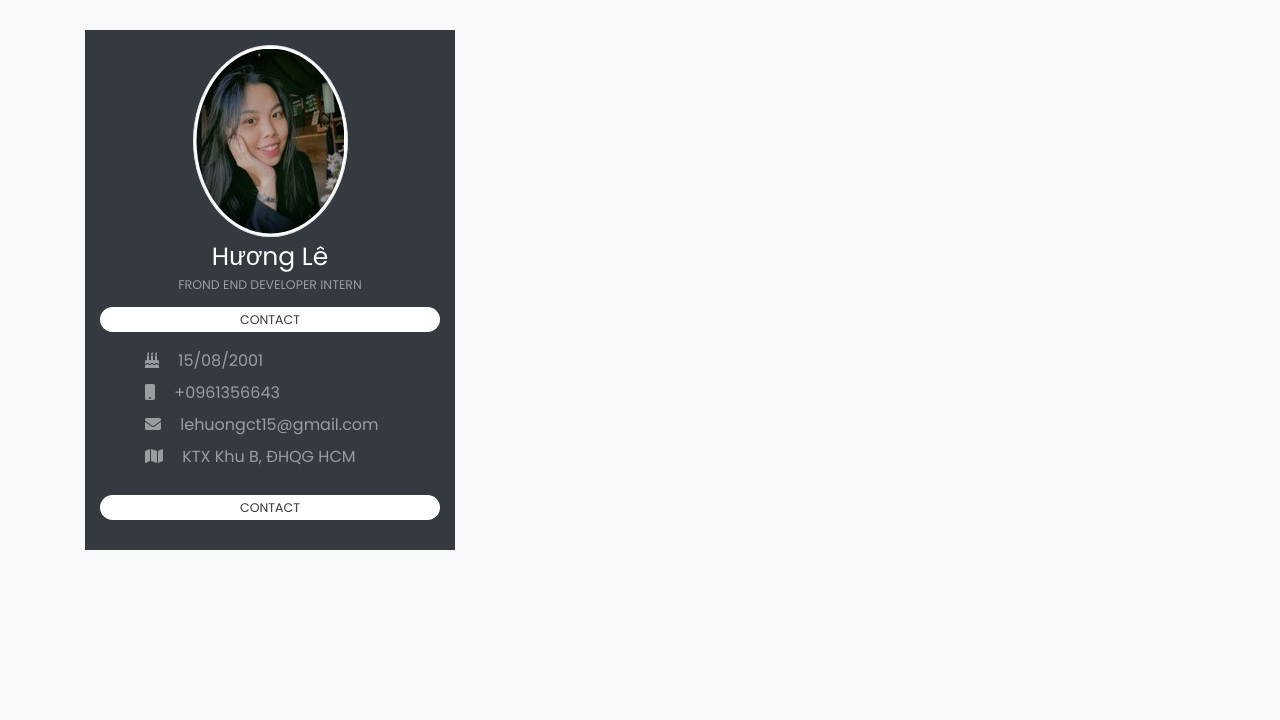
Repository: huongle158/cvhuongle
Page: index.html
The author's editor kept a copy of each file at every save. The page is drawn from the files as they stood at one save, then again after the next save.
The browser window is 1280 px wide. The pictures show the whole page.
Some web libraries are served in a nearby version.

Above is the page before, as saved 2021-12-12 23:29:42.

After the next save:
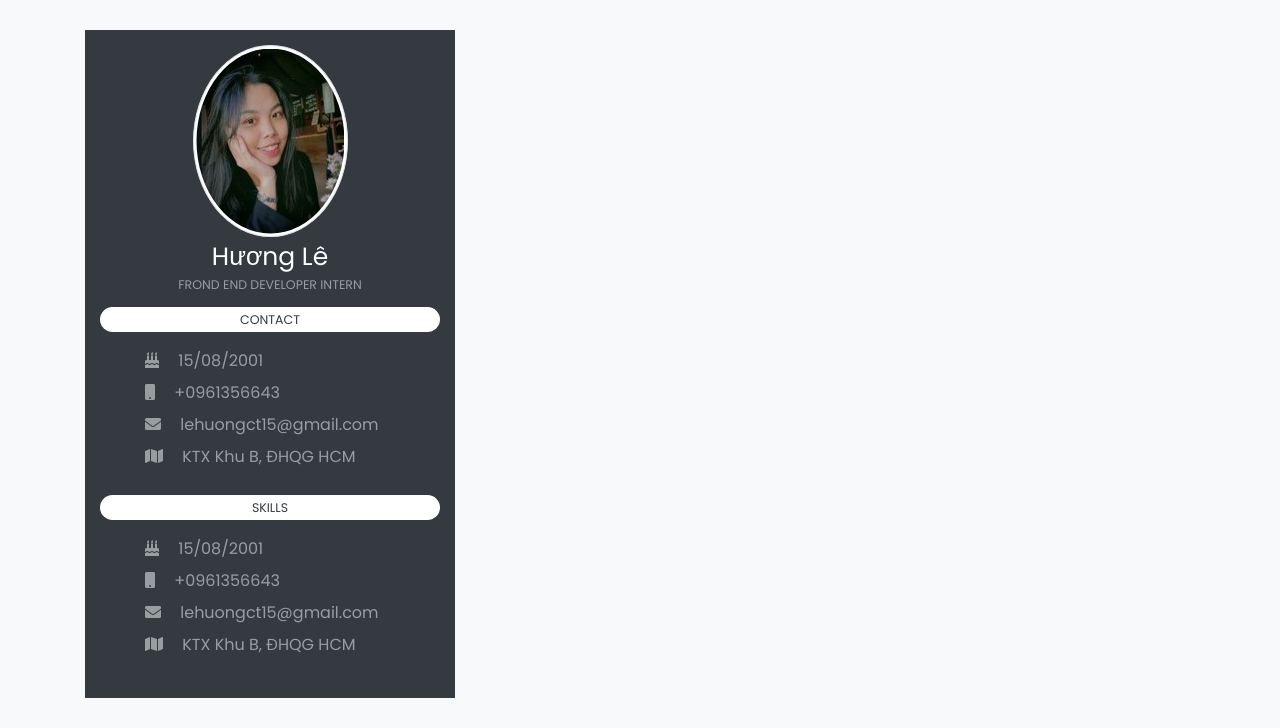
Saved 34 s later.
--- a/index.html
+++ b/index.html
@@ -62,7 +62,25 @@
               </ul>
           </div>
           <div>
-              <h5 class="text-uppercase bg-white text-dark py-2 rounded-pill mb-4" >contact</h5>
+              <h5 class="text-uppercase bg-white text-dark py-2 rounded-pill mb-4" >skills</h5>
+              <ul class="list-unstyled text-white-50 ml-5 py-2 text-left">
+                  <li class="list-item mb-4">
+                      <i class="fas fa-birthday-cake mx-4"></i>
+                     15/08/2001
+                  </li>
+                  <li class="list-item mb-4">
+                      <i class="fa fa-mobile mx-4"></i>
+                      +0961356643
+                  </li>
+                  <li class="list-item mb-4">
+                      <i class="fa fa-envelope mx-4"></i>
+                      lehuongct15@gmail.com
+                  </li>
+                  <li class="list-item mb-4">
+                      <i class="fa fa-map mx-4"></i>
+                      KTX Khu B, ĐHQG HCM
+                  </li>
+              </ul>
 
           </div>
 
